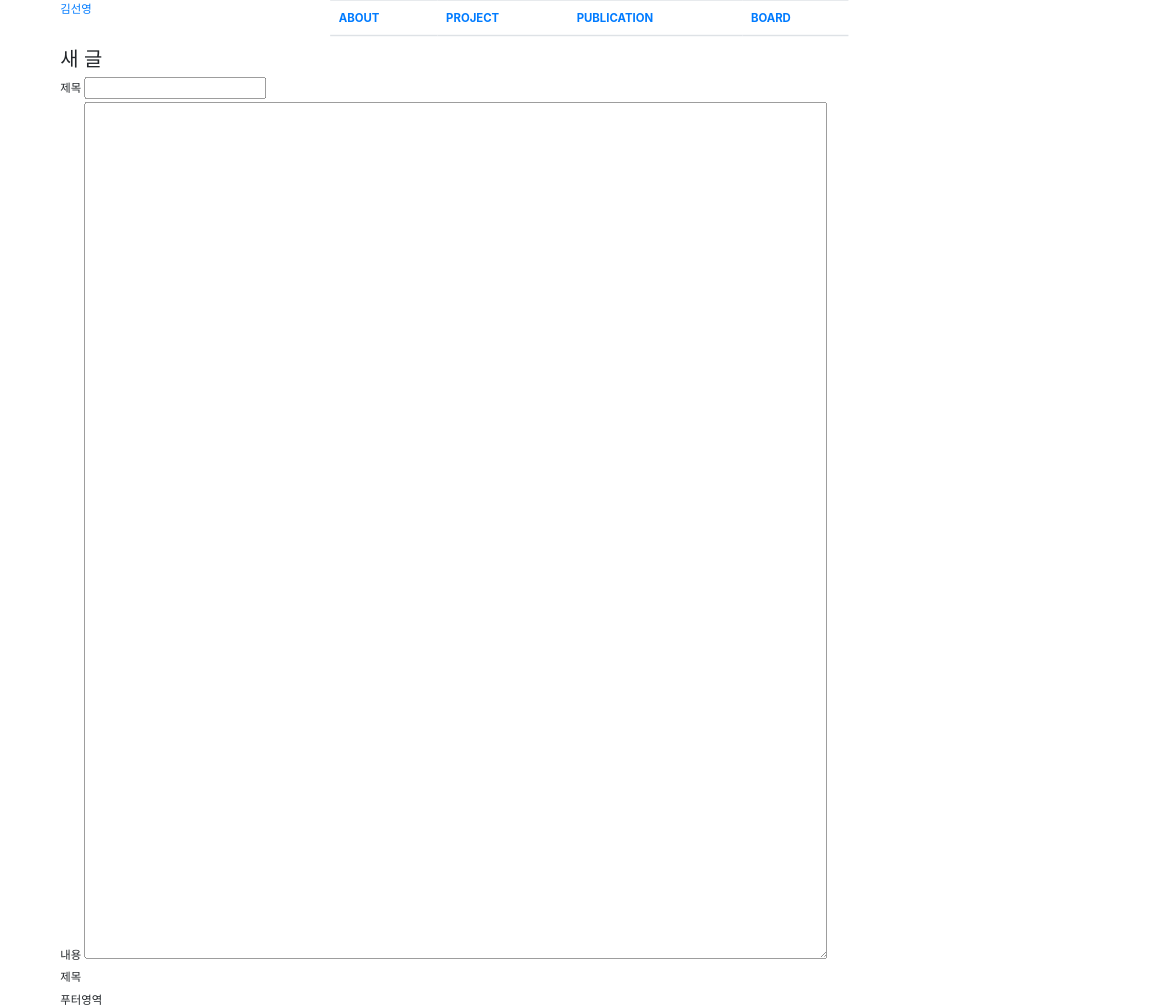
Repository: supremest35/web-projects
Page: http://localhost/noticeboard/board/form.jsp
The author's editor kept a copy of each file at every save. The page is drawn from the files as they stood at one save, then again after the next save.
The browser window is 1280 px wide. The page is 1280 px wide, then 1643 px, so the pictures cover 1643 px, including what lies to the right of the window. The pictures show the whole page, at 71% of full size.
The page is served by Tomcat 9. Other server files are loaded and not shown.

Above is the page before, as saved 2020-12-06 04:19:45.

### noticeboard/WebContent/board/form.jsp
<%@ page language="java" contentType="text/html; charset=UTF-8"
    pageEncoding="UTF-8"%>
<!DOCTYPE html>
<html lang="ko">
<head>
  <title>Bootstrap 4 Example</title>
  <meta charset="utf-8">
  <meta name="viewport" content="width=device-width, initial-scale=1">
  <link rel="stylesheet" href="https://maxcdn.bootstrapcdn.com/bootstrap/4.5.2/css/bootstrap.min.css">
  <script src="https://ajax.googleapis.com/ajax/libs/jquery/3.5.1/jquery.min.js"></script>
  <script src="https://cdnjs.cloudflare.com/ajax/libs/popper.js/1.16.0/umd/popper.min.js"></script>
  <script src="https://maxcdn.bootstrapcdn.com/bootstrap/4.5.2/js/bootstrap.min.js"></script>
</head>
<body>
<div class="container">
	<div class="row">
		<div class="col-2"><a href="index.jsp">김선영</a></div>
		<div class="col-2"></div>
		<div class="col-8">
			<table class="table">
				<thead>
					<tr>
						<th><a href="">ABOUT</a></th>
						<th><a href="">PROJECT</a></th>
						<th><a href="">PUBLICATION</a></th>
						<th><a href="board/list.jsp">BOARD</a></th>
					</tr>
				</thead>
			</table>
		</div>
	</div>
	<div class="row">
		<div class="col-12">
			<h3>새 글</h3>
			<form method="post" action="add.jsp" enctype="multipart/form-data">
				<div>
					<label>제목</label>
					<input type="text" name="title" />
				</div>
				<div>
					<label>내용</label>
					<textarea rows="50" cols="100"></textarea>
				</div>
				<div>
					<label>제목</label>
				</div>
			</form>
		</div>
	</div>
	<div class="row">
		<div class="col-12">푸터영역</div>
	</div>
</div>
</body>
</html>

After the next save:
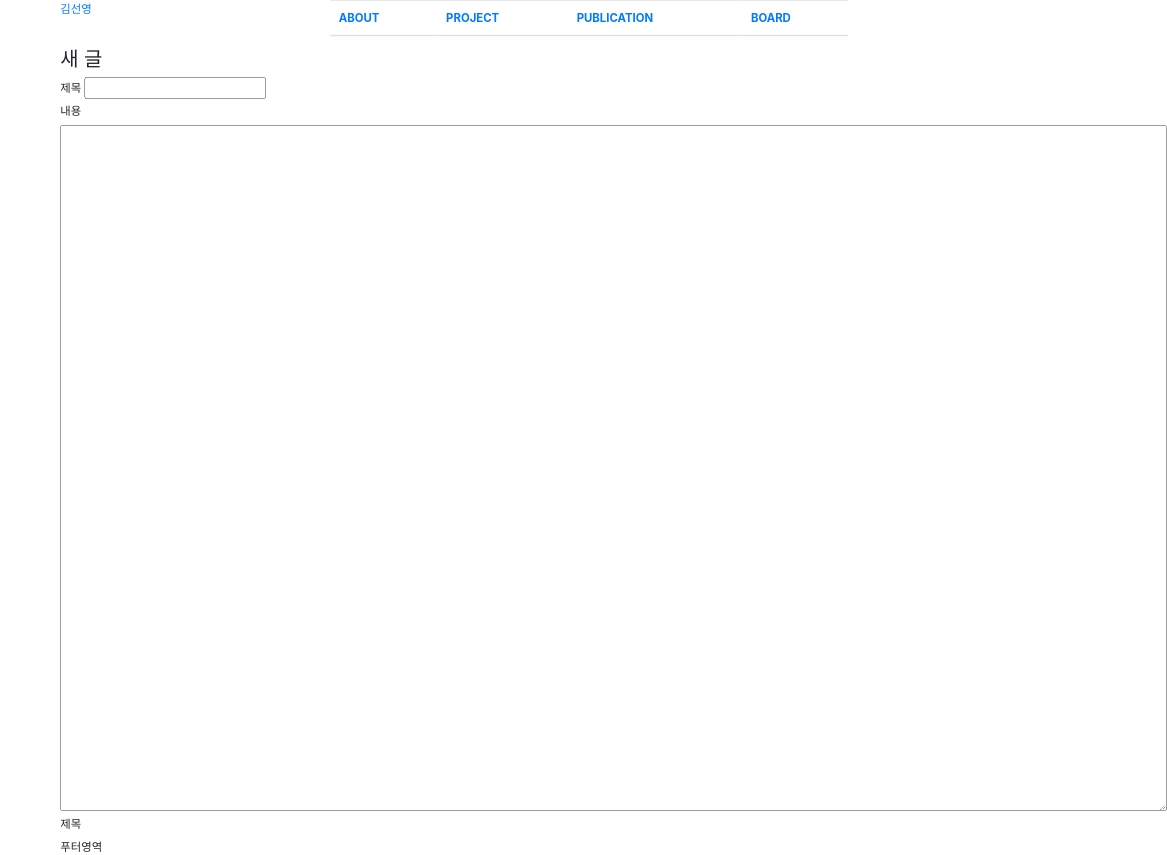
Saved 15 s later.
--- a/noticeboard/WebContent/board/form.jsp
+++ b/noticeboard/WebContent/board/form.jsp
@@ -39,7 +39,7 @@
 				</div>
 				<div>
 					<label>내용</label>
-					<textarea rows="50" cols="100"></textarea>
+					<textarea rows="40" cols="150"></textarea>
 				</div>
 				<div>
 					<label>제목</label>
